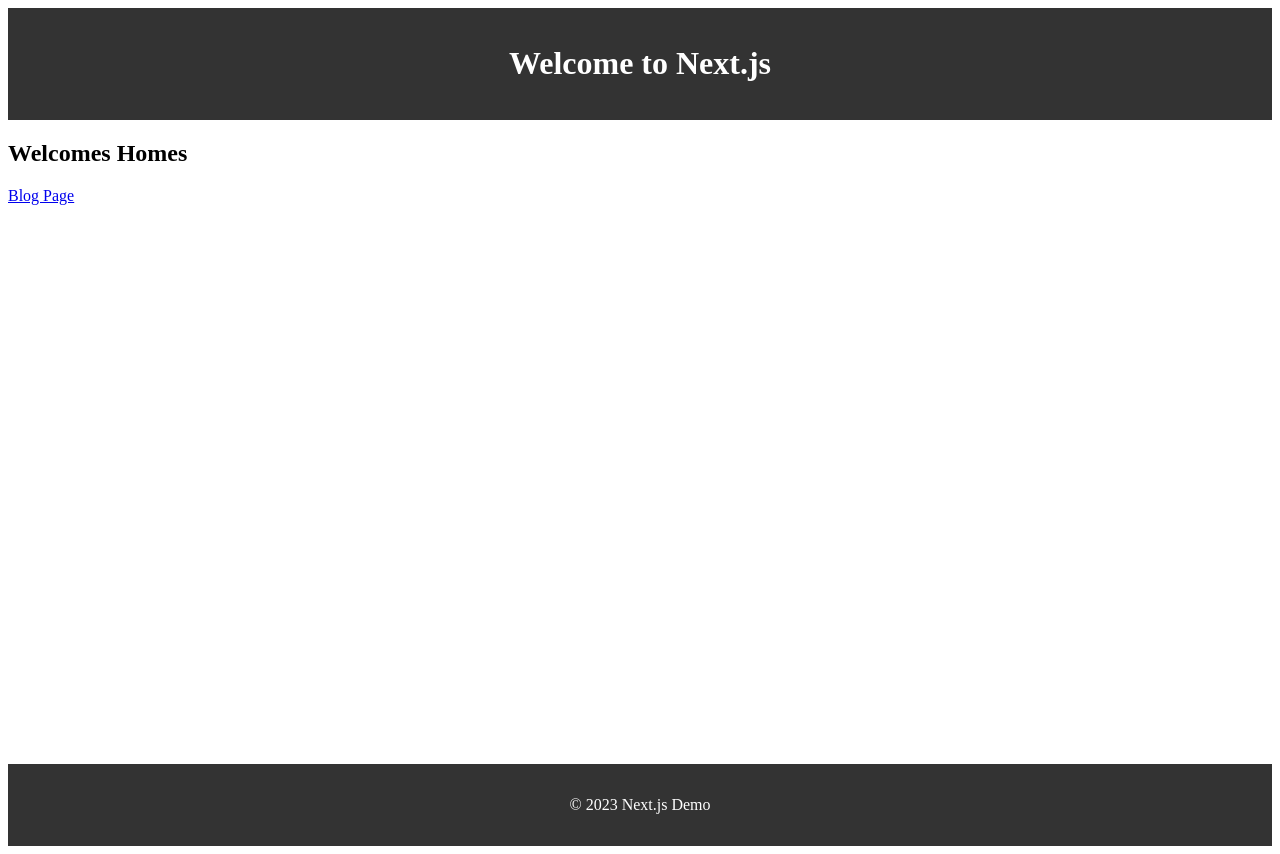
Repository: JasonMorta/NextJs-13_Basics
Page: / (app in NEXTJS15/next13-demo/)
An editor plug-in stored every save of this project. The page is shown before and after the next save, followed by the edit.
The browser window is 1280 px wide. The pictures show the whole page.
The project was rebuilt for these pictures with package versions that can differ from the ones it lists, and the page was loaded fresh each time. The framework's server and built-in components were replaced by stand-ins that run in the browser. Also part of the build but not shown: NEXTJS15/next13-demo/next.config.ts.

Above is the page before, as saved 2025-02-28 13:40:58.

### NEXTJS15/next13-demo/src/app/layout.tsx
export const metadata = {
  title: "Next.js",
  description: "Generated by Next.js",
};

export default function AuthLayout({children,}: {children: React.ReactNode}) {
  return (
    <html lang="en">
      <body>
        <header style={{ backgroundColor: '#333', color: '#fff', padding: '1rem', textAlign: 'center' }}>
          <h1>Welcome to Next.js</h1>
        </header>

        <main style={{
          minHeight: 'calc(100vh - 6rem)',
        }}>{children}</main>

        <footer style={{ backgroundColor: '#333', color: '#fff', padding: '1rem', textAlign: 'center', marginTop: 'auto' }}>
          <p>&copy; 2023 Next.js Demo</p>
        </footer>
      </body>
    </html>
  );
}

### NEXTJS15/next13-demo/src/app/page.tsx
import Link from 'next/link'
import React from 'react'

export default function page() {
  return (
    <section>
      <h1>Welcomes Homes</h1>
      <Link href="/blog">Blog Page</Link>
    </section>
  )
}

After the next save:
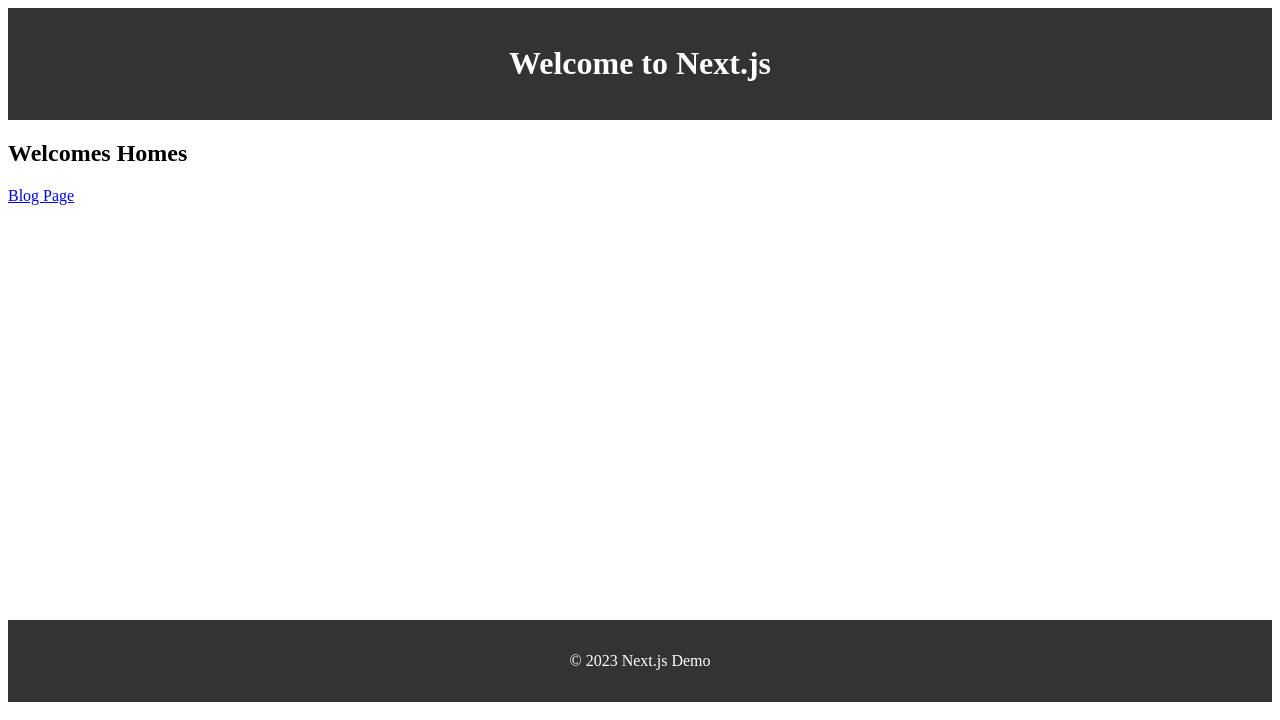
Saved 6 s later.
--- a/NEXTJS15/next13-demo/src/app/layout.tsx
+++ b/NEXTJS15/next13-demo/src/app/layout.tsx
@@ -12,7 +12,7 @@
         </header>
 
         <main style={{
-          minHeight: 'calc(100vh - 6rem)',
+          minHeight: 'calc(80vh - 6rem)',
         }}>{children}</main>
 
         <footer style={{ backgroundColor: '#333', color: '#fff', padding: '1rem', textAlign: 'center', marginTop: 'auto' }}>
